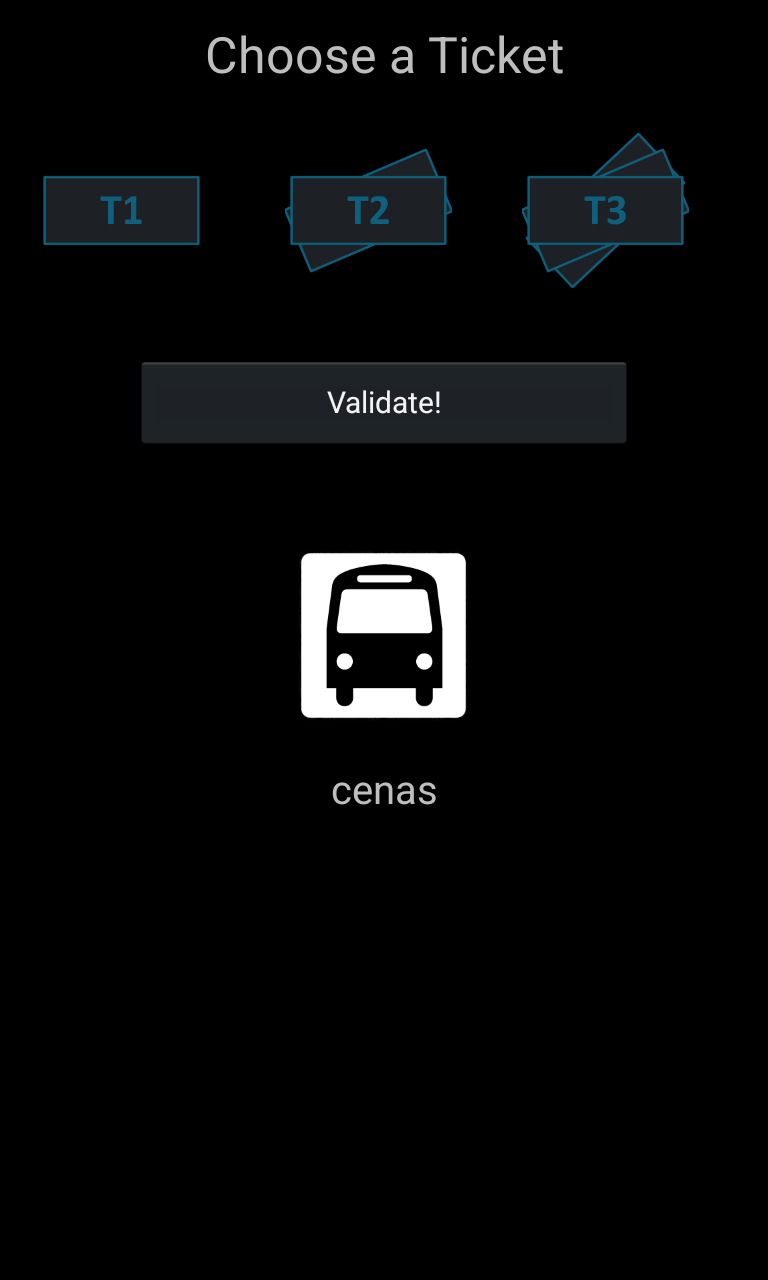
Repository: Nelspike/BusTicketer
Layout: PassengerMode/res/layout/fragment_show_tickets.xml
These files come from the project's save history. The layout is drawn as it stood at one moment and after the next save; the edit follows.
It is drawn on a 768 x 1280 px phone screen (xhdpi) without system bars, with theme AppTheme; the app's code is not run.

Above is the layout before, as saved 2013-10-19 20:28:21.

After the next save:
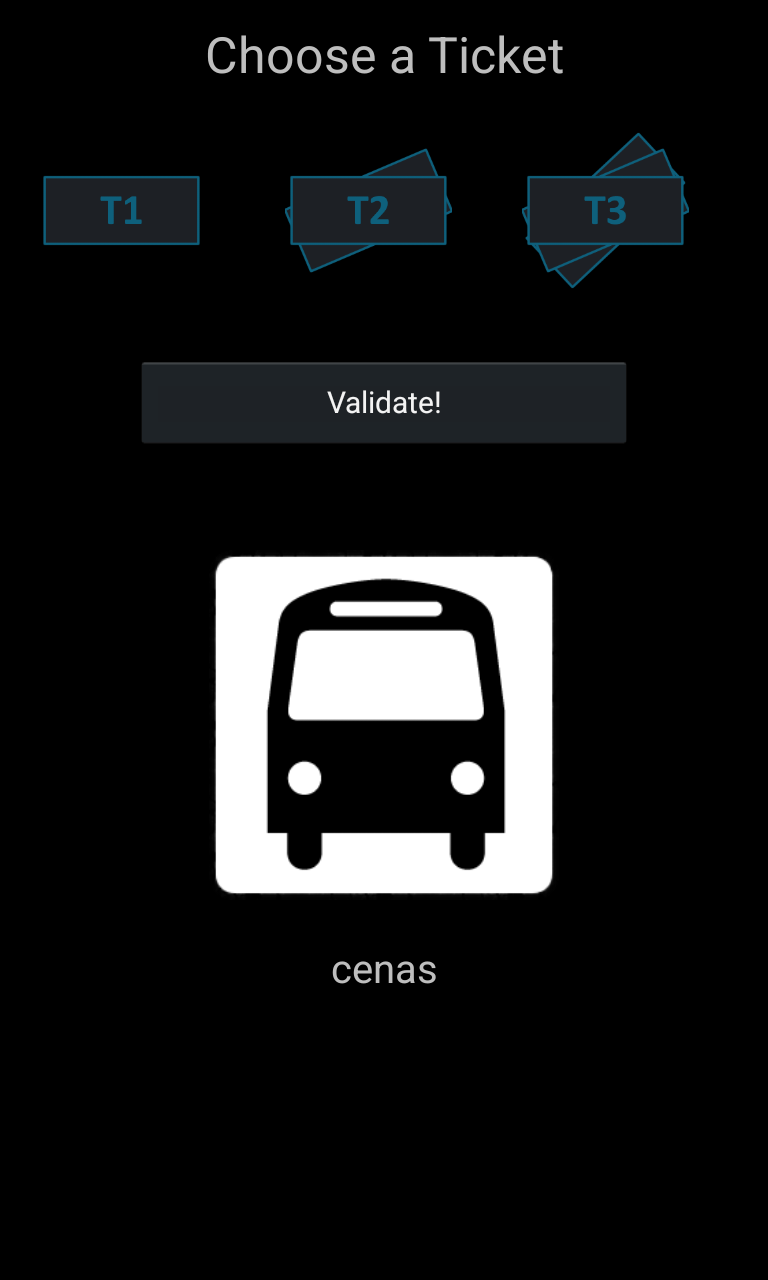
Saved 18 s later.
--- a/PassengerMode/res/layout/fragment_show_tickets.xml
+++ b/PassengerMode/res/layout/fragment_show_tickets.xml
@@ -61,8 +61,8 @@
 		<ImageView
 		    android:id="@+id/qr_code_holder"
 		    android:contentDescription="@string/description"
-		    android:layout_width="wrap_content"
-		    android:layout_height="wrap_content"
+		    android:layout_width="450px"
+		    android:layout_height="450px"
 		    android:src="@drawable/bus"
 		    android:layout_gravity="center"
 		    android:paddingTop="50dp"/>
